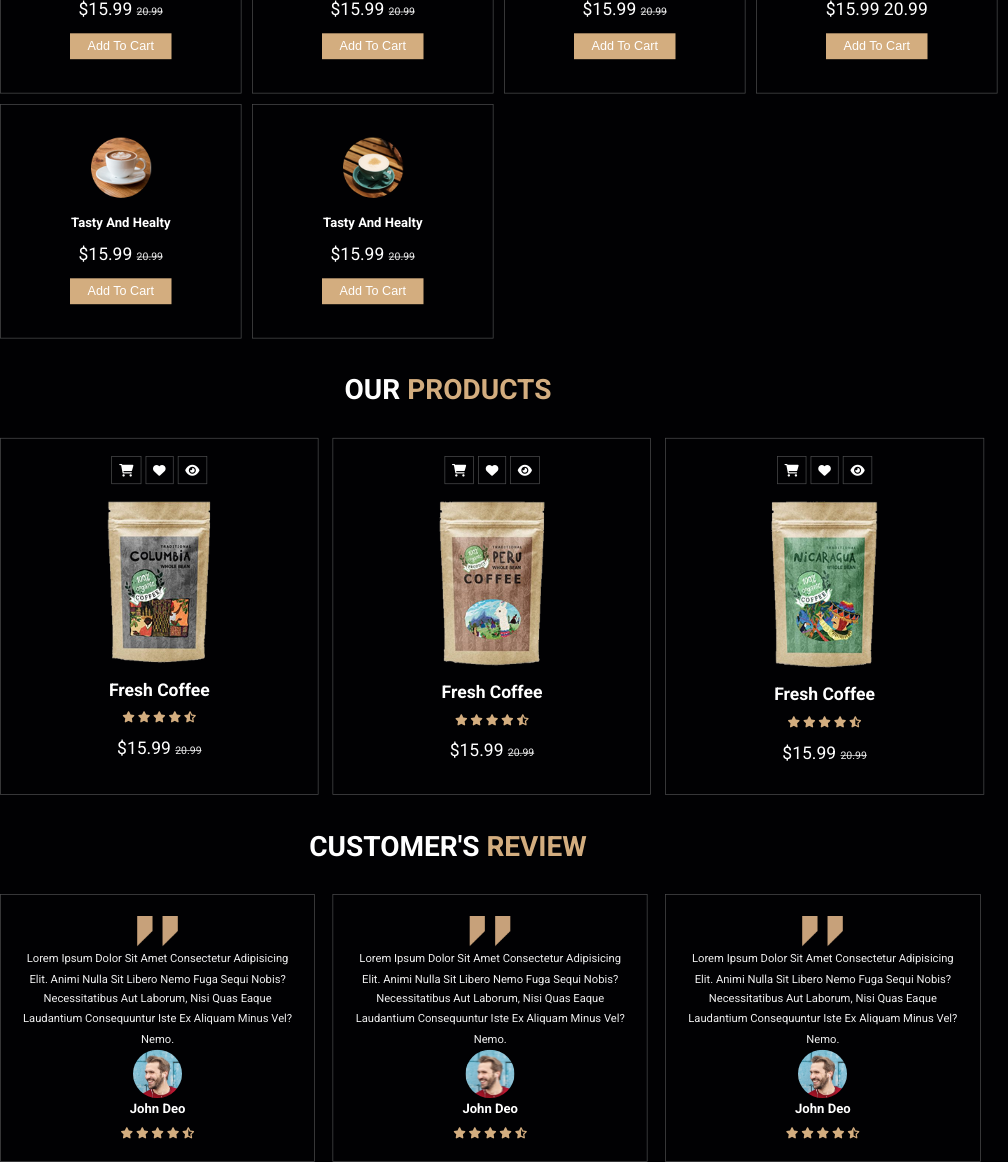
Repository: Dinhthai303/DinhThai
Page: index.html
An editor plug-in stored every save of this project. The page is shown before and after the next save, followed by the edit.
The browser window is 1280 px wide. The page is 1440 px wide, so the pictures cover 1440 px, including what lies to the right of the window. The pictures show the part of the page from y = 1941 to 3661 px (the page is 3601 px tall before and 3661 px after), at 70% of full size.

Above is the page before, as saved 2021-11-28 01:15:25.

After the next save:
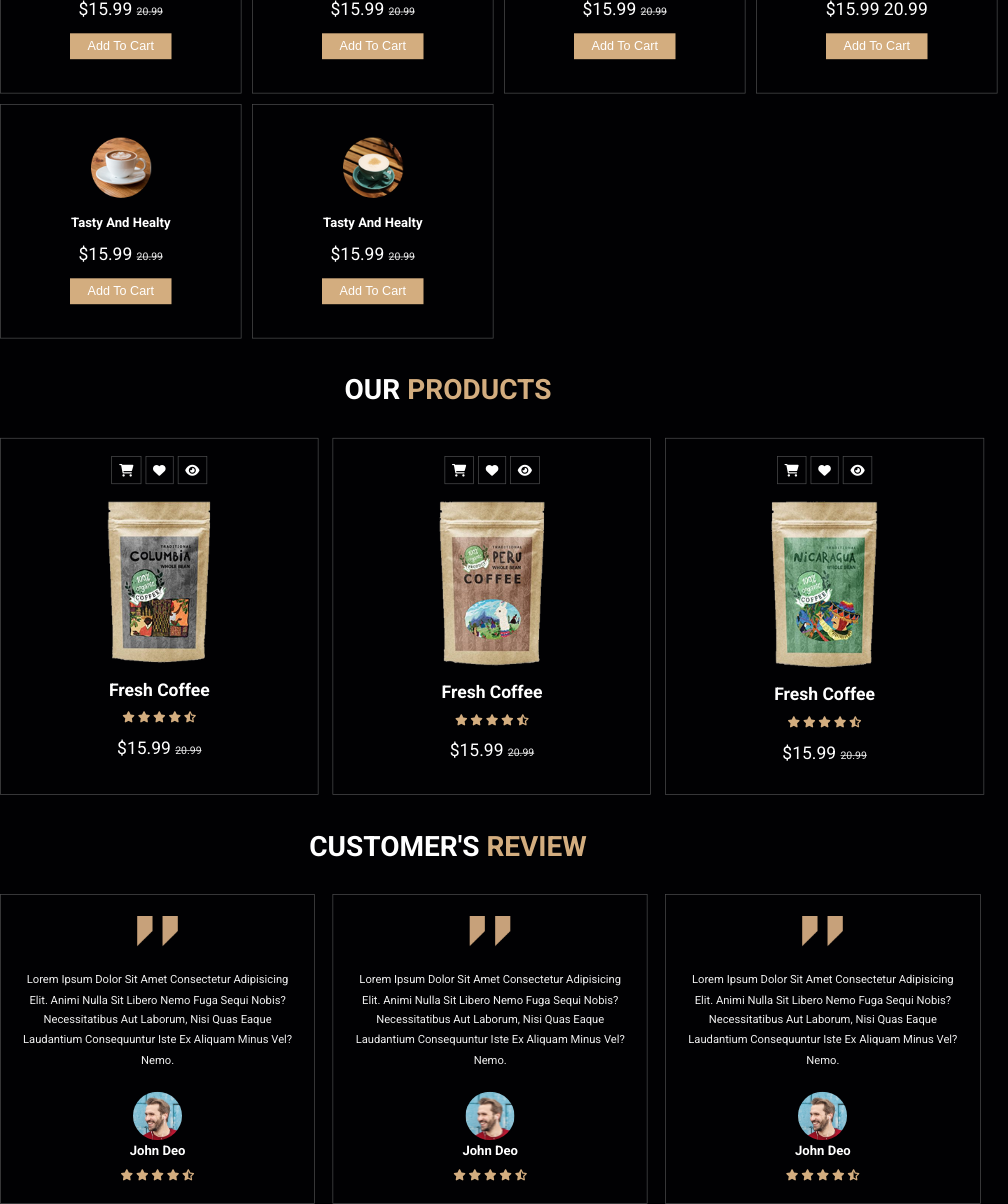
Saved 13 s later.
--- a/css/style.css
+++ b/css/style.css
@@ -228,6 +228,7 @@ body{
 .review__desc{
     color: rgb(238, 238, 238);
     line-height: 1.8;
+    margin: 30px 0;
 }
 .review__avatar{
     border-radius: 50%;
